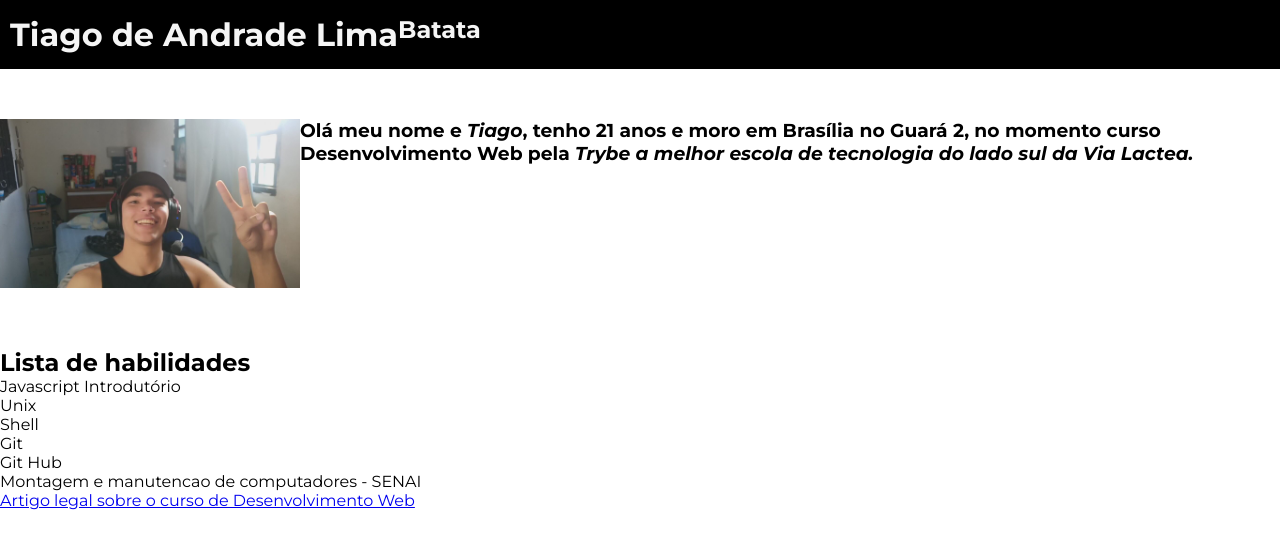
Repository: Batatiago/Batatiago.github.io
Page: index.html
The author's editor kept a copy of each file at every save. The page is drawn from the files as they stood at one save, then again after the next save.
The browser window is 1280 px wide. The pictures show the whole page.

Above is the page before, as saved 2023-06-29 11:13:14.

After the next save:
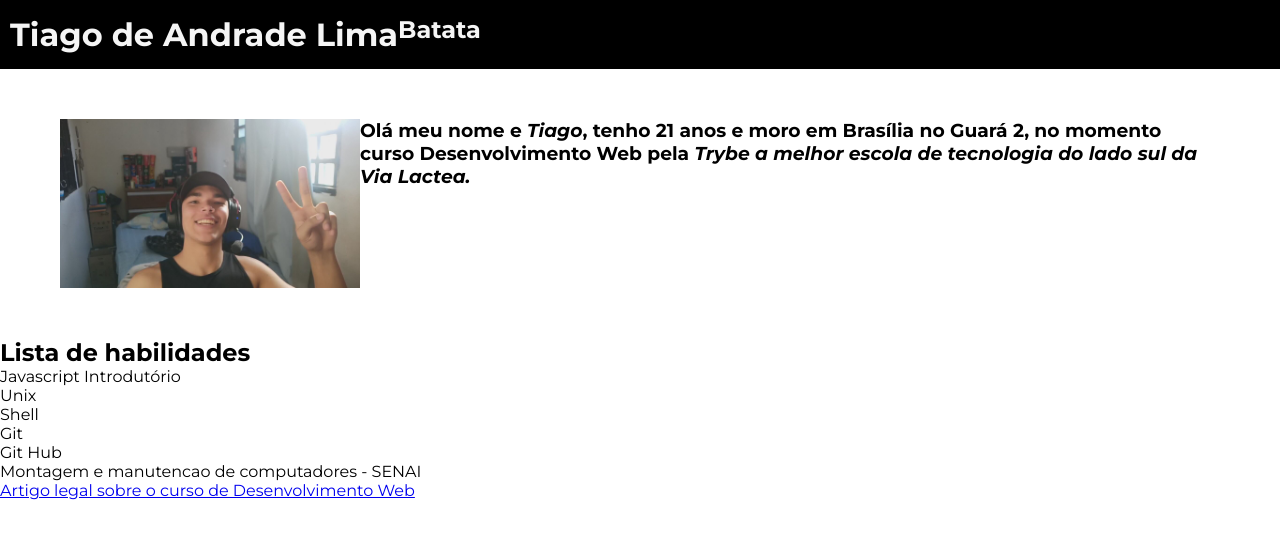
Saved 17 s later.
--- a/style.css
+++ b/style.css
@@ -30,5 +30,5 @@ header h2 {
 
 .resumo {
     display: inline-flex;
-    margin: 50px 0 60px 0;
+    margin: 50px 60px ;
 }
